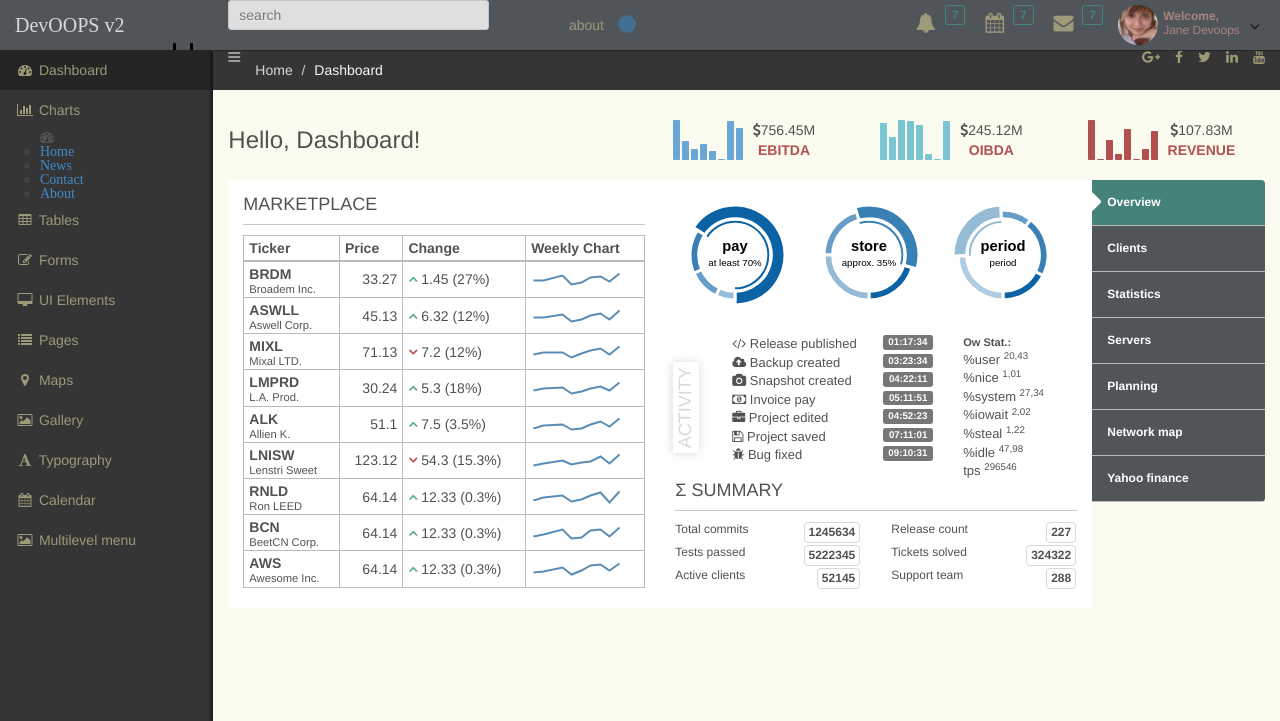
Repository: HackathonNicaragua/sixbyte
Page: http://localhost/RIMB/index.jsp
These files come from the project's save history. The page is drawn as it stood at one moment and after the next save; the edit follows.
The browser window is 1280 px wide. The pictures show the whole page.
Some web fonts or font styles are not loaded; a fallback is used. Some web libraries are served in a nearby version. The page is served by Tomcat 9. Other server files are loaded and not shown.

Above is the page before, as saved 2017-11-25 21:07:01.

### RIMB/WebContent/index.jsp
<%@ page language="java" contentType="text/html; charset=ISO-8859-1"
    pageEncoding="ISO-8859-1"%>
<!DOCTYPE html PUBLIC "-//W3C//DTD HTML 4.01 Transitional//EN" "http://www.w3.org/TR/html4/loose.dtd">
<html lang="es">
	<head>
		<meta charset="utf-8">
		<title>DevOOPS v2</title>
		<meta name="description" content="description">
		<meta name="author" content="DevOOPS">
		<meta name="viewport" content="width=device-width, initial-scale=1">
		<link href="plugins/bootstrap/bootstrap.css" rel="stylesheet">
		<link href="plugins/jquery-ui/jquery-ui.min.css" rel="stylesheet">
		<link href="http://maxcdn.bootstrapcdn.com/font-awesome/4.2.0/css/font-awesome.min.css" rel="stylesheet">
		<link href='http://fonts.googleapis.com/css?family=Righteous' rel='stylesheet' type='text/css'>
		<link href="plugins/fancybox/jquery.fancybox.css" rel="stylesheet">
		<link href="plugins/fullcalendar/fullcalendar.css" rel="stylesheet">
		<link href="plugins/xcharts/xcharts.min.css" rel="stylesheet">
		<link href="plugins/select2/select2.css" rel="stylesheet">
		<link href="plugins/justified-gallery/justifiedGallery.css" rel="stylesheet">
		<link href="css/style_v2.css" rel="stylesheet">
		<link href="plugins/chartist/chartist.min.css" rel="stylesheet">
		<!-- HTML5 shim and Respond.js IE8 support of HTML5 elements and media queries -->
		<!--[if lt IE 9]>
				<script src="http://getbootstrap.com/docs-assets/js/html5shiv.js"></script>
				<script src="http://getbootstrap.com/docs-assets/js/respond.min.js"></script>
		<![endif]-->
	</head>
<body>
<!--Start Header-->
<div id="screensaver">
	<canvas id="canvas"></canvas>
	<i class="fa fa-lock" id="screen_unlock"></i>
</div>
<div id="modalbox">
	<div class="devoops-modal">
		<div class="devoops-modal-header">
			<div class="modal-header-name">
				<span>Basic table</span>
			</div>
			<div class="box-icons">
				<a class="close-link">
					<i class="fa fa-times"></i>
				</a>
			</div>
		</div>
		<div class="devoops-modal-inner">
		</div>
		<div class="devoops-modal-bottom">
		</div>
	</div>
</div>
<header class="navbar">
	<div class="container-fluid expanded-panel">
		<div class="row">
			<div id="logo" class="col-xs-12 col-sm-2">
				<a href="index.html">DevOOPS v2</a>
			</div>
			<div id="top-panel" class="col-xs-12 col-sm-10">
				<div class="row">
					<div class="col-xs-8 col-sm-4">
						<div id="search">
							<input type="text" placeholder="search"/>
							<i class="fa fa-search"></i>
						</div>
					</div>
					<div class="col-xs-4 col-sm-8 top-panel-right">
						<a href="#" class="about">about</a>
						<a href="index_v1.html" class="style1"></a>
						<ul class="nav navbar-nav pull-right panel-menu">
							<li class="hidden-xs">
								<a href="index.html" class="modal-link">
									<i class="fa fa-bell"></i>
									<span class="badge">7</span>
								</a>
							</li>
							<li class="hidden-xs">
								<a class="ajax-link" href="ajax/calendar.html">
									<i class="fa fa-calendar"></i>
									<span class="badge">7</span>
								</a>
							</li>
							<li class="hidden-xs">
								<a href="ajax/page_messages.html" class="ajax-link">
									<i class="fa fa-envelope"></i>
									<span class="badge">7</span>
								</a>
							</li>
							<li class="dropdown">
								<a href="#" class="dropdown-toggle account" data-toggle="dropdown">
									<div class="avatar">
										<img src="img/avatar.jpg" class="img-circle" alt="avatar" />
									</div>
									<i class="fa fa-angle-down pull-right"></i>
									<div class="user-mini pull-right">
										<span class="welcome">Welcome,</span>
										<span>Jane Devoops</span>
									</div>
								</a>
								<ul class="dropdown-menu">
									<li>
										<a href="#">
											<i class="fa fa-user"></i>
											<span>Profile</span>
										</a>
									</li>
									<li>
										<a href="ajax/page_messages.html" class="ajax-link">
											<i class="fa fa-envelope"></i>
											<span>Messages</span>
										</a>
									</li>
									<li>
										<a href="ajax/gallery_simple.html" class="ajax-link">
											<i class="fa fa-picture-o"></i>
											<span>Albums</span>
										</a>
									</li>
									<li>
										<a href="ajax/calendar.html" class="ajax-link">
											<i class="fa fa-tasks"></i>
											<span>Tasks</span>
										</a>
									</li>
									<li>
										<a href="#">
											<i class="fa fa-cog"></i>
											<span>Settings</span>
										</a>
									</li>
									<li>
										<a href="#">
											<i class="fa fa-power-off"></i>
											<span>Logout</span>
										</a>
									</li>
								</ul>
							</li>
						</ul>
					</div>
				</div>
			</div>
		</div>
	</div>
</header>
<!--End Header-->
<!--Start Container-->
<div id="main" class="container-fluid">
	<div class="row">
		<div id="sidebar-left" class="col-xs-2 col-sm-2">
			<ul class="nav main-menu">
				<li>
					<a href="ajax/dashboard.html" class="ajax-link">
						<i class="fa fa-dashboard"></i>
						<span class="hidden-xs">Dashboard</span>
					</a>
				</li>
				<li class="dropdown">
					<a href="#" class="dropdown-toggle">
						<i class="fa fa-bar-chart-o"></i>
						<span class="hidden-xs">Charts</span>
					</a>
					<ul class="dropdown-menu">
						<li><a class="ajax-link" href="ajax/charts_xcharts.html">xCharts</a></li>
						<li><a class="ajax-link" href="ajax/charts_flot.html">Flot Charts</a></li>
						<li><a class="ajax-link" href="ajax/charts_google.html">Google Charts</a></li>
						<li><a class="ajax-link" href="ajax/charts_morris.html">Morris Charts</a></li>
						<li><a class="ajax-link" href="ajax/charts_amcharts.html">AmCharts</a></li>
						<li><a class="ajax-link" href="ajax/charts_chartist.html">Chartist</a></li>
						<li><a class="ajax-link" href="ajax/charts_coindesk.html">CoinDesk realtime</a></li>
					</ul>
				</li>
				<ul class="fa fa-dashboard">
  				<li><a href="ajax/tables_simple.html">Home</a></li>
 				<li><a href="ajax/tables_simple.html">News</a></li>
  				<li><a href="ajax/tables_simple.html">Contact</a></li>
 				<li><a  href="ajax/tables_simple.html">About</a></li>
				</ul>
				<li class="dropdown">
					<a href="#" class="dropdown-toggle">
						<i class="fa fa-table"></i>
						 <span class="hidden-xs">Tables</span>
					</a>
					<ul class="dropdown-menu">
						<li><a class="ajax-link" href="ajax/tables_simple.html">Simple Tables</a></li>
						<li><a class="ajax-link" href="ajax/tables_datatables.html">Data Tables</a></li>
						<li><a class="ajax-link" href="ajax/tables_beauty.html">Beauty Tables</a></li>
					</ul>
				</li>
				<li class="dropdown">
					<a href="#" class="dropdown-toggle">
						<i class="fa fa-pencil-square-o"></i>
						 <span class="hidden-xs">Forms</span>
					</a>
					<ul class="dropdown-menu">
						<li><a class="ajax-link" href="ajax/forms_elements.html">Elements</a></li>
						<li><a class="ajax-link" href="ajax/forms_layouts.html">Layouts</a></li>
						<li><a class="ajax-link" href="ajax/forms_file_uploader.html">File Uploader</a></li>
					</ul>
				</li>
				<li class="dropdown">
					<a href="#" class="dropdown-toggle">
						<i class="fa fa-desktop"></i>
						 <span class="hidden-xs">UI Elements</span>
					</a>
					<ul class="dropdown-menu">
						<li><a class="ajax-link" href="ajax/ui_grid.html">Grid</a></li>
						<li><a class="ajax-link" href="ajax/ui_buttons.html">Buttons</a></li>
						<li><a class="ajax-link" href="ajax/ui_progressbars.html">Progress Bars</a></li>
						<li><a class="ajax-link" href="ajax/ui_jquery-ui.html">Jquery UI</a></li>
						<li><a class="ajax-link" href="ajax/ui_icons.html">Icons</a></li>
					</ul>
				</li>
				<li class="dropdown">
					<a href="#" class="dropdown-toggle">
						<i class="fa fa-list"></i>
						 <span class="hidden-xs">Pages</span>
					</a>
					<ul class="dropdown-menu">
						<li><a href="ajax/page_login.html">Login</a></li>
						<li><a href="ajax/page_register.html">Register</a></li>
						<li><a id="locked-screen" class="submenu" href="ajax/page_locked.html">Locked Screen</a></li>
						<li><a class="ajax-link" href="ajax/page_contacts.html">Contacts</a></li>
						<li><a class="ajax-link" href="ajax/page_feed.html">Feed</a></li>
						<li><a class="ajax-link add-full" href="ajax/page_messages.html">Messages</a></li>
						<li><a class="ajax-link" href="ajax/page_pricing.html">Pricing</a></li>
						<li><a class="ajax-link" href="ajax/page_product.html">Product</a></li>
						<li><a class="ajax-link" href="ajax/page_invoice.html">Invoice</a></li>
						<li><a class="ajax-link" href="ajax/page_search.html">Search Results</a></li>
						<li><a class="ajax-link" href="ajax/page_404.html">Error 404</a></li>
						<li><a href="ajax/page_500.html">Error 500</a></li>
					</ul>
				</li>
				<li class="dropdown">
					<a href="#" class="dropdown-toggle">
						<i class="fa fa-map-marker"></i>
						<span class="hidden-xs">Maps</span>
					</a>
					<ul class="dropdown-menu">
						<li><a class="ajax-link" href="ajax/maps.html">OpenStreetMap</a></li>
						<li><a class="ajax-link" href="ajax/map_fullscreen.html">Fullscreen map</a></li>
						<li><a class="ajax-link" href="ajax/map_leaflet.html">Leaflet</a></li>
					</ul>
				</li>
				<li class="dropdown">
					<a href="#" class="dropdown-toggle">
						<i class="fa fa-picture-o"></i>
						 <span class="hidden-xs">Gallery</span>
					</a>
					<ul class="dropdown-menu">
						<li><a class="ajax-link" href="ajax/gallery_simple.html">Simple Gallery</a></li>
						<li><a class="ajax-link" href="ajax/gallery_flickr.html">Flickr Gallery</a></li>
					</ul>
				</li>
				<li>
					 <a class="ajax-link" href="ajax/typography.html">
						 <i class="fa fa-font"></i>
						 <span class="hidden-xs">Typography</span>
					</a>
				</li>
				 <li>
					<a class="ajax-link" href="ajax/calendar.html">
						 <i class="fa fa-calendar"></i>
						 <span class="hidden-xs">Calendar</span>
					</a>
				 </li>
				<li class="dropdown">
					<a href="#" class="dropdown-toggle">
						<i class="fa fa-picture-o"></i>
						 <span class="hidden-xs">Multilevel menu</span>
					</a>
					<ul class="dropdown-menu">
						<li><a href="#">First level menu</a></li>
						<li><a href="#">First level menu</a></li>
						<li class="dropdown">
							<a href="#" class="dropdown-toggle">
								<i class="fa fa-plus-square"></i>
								<span class="hidden-xs">Second level menu group</span>
							</a>
							<ul class="dropdown-menu">
								<li><a href="#">Second level menu</a></li>
								<li><a href="#">Second level menu</a></li>
								<li class="dropdown">
									<a href="#" class="dropdown-toggle">
										<i class="fa fa-plus-square"></i>
										<span class="hidden-xs">Three level menu group</span>
									</a>
									<ul class="dropdown-menu">
										<li><a href="#">Three level menu</a></li>
										<li><a href="#">Three level menu</a></li>
										<li class="dropdown">
											<a href="#" class="dropdown-toggle">
												<i class="fa fa-plus-square"></i>
												<span class="hidden-xs">Four level menu group</span>
											</a>
											<ul class="dropdown-menu">
												<li><a href="#">Four level menu</a></li>
												<li><a href="#">Four level menu</a></li>
												<li class="dropdown">
													<a href="#" class="dropdown-toggle">
														<i class="fa fa-plus-square"></i>
														<span class="hidden-xs">Five level menu group</span>
													</a>
													<ul class="dropdown-menu">
														<li><a href="#">Five level menu</a></li>
														<li><a href="#">Five level menu</a></li>
														<li class="dropdown">
															<a href="#" class="dropdown-toggle">
																<i class="fa fa-plus-square"></i>
																<span class="hidden-xs">Six level menu group</span>
															</a>
															<ul class="dropdown-menu">
																<li><a href="#">Six level menu</a></li>
																<li><a href="#">Six level menu</a></li>
															</ul>
														</li>
													</ul>
												</li>
											</ul>
										</li>
										<li><a href="#">Three level menu</a></li>
									</ul>
								</li>
							</ul>
						</li>
					</ul>
				</li>
			</ul>
		</div>
		<!--Start Content-->
		<div id="content" class="col-xs-12 col-sm-10">
			<div id="about">
				<div class="about-inner">
					<h4 class="page-header">Open-source admin theme for you</h4>
					<p>DevOOPS team</p>
					<p>Homepage - <a href="http://devoops.me" target="_blank">http://devoops.me</a></p>
					<p>Email - <a href="mailto:devoopsme@gmail.com">devoopsme@gmail.com</a></p>
					<p>Twitter - <a href="http://twitter.com/devoopsme" target="_blank">http://twitter.com/devoopsme</a></p>
					<p>Donate - BTC 123Ci1ZFK5V7gyLsyVU36yPNWSB5TDqKn3</p>
				</div>
			</div>
			<div class="preloader">
				<img src="img/devoops_getdata.gif" class="devoops-getdata" alt="preloader"/>
			</div>
			<div id="ajax-content"></div>
		</div>
		<!--End Content-->
	</div>
</div>
<!--End Container-->
<!-- jQuery (necessary for Bootstrap's JavaScript plugins) -->
<!--<script src="http://code.jquery.com/jquery.js"></script>-->
<script src="plugins/jquery/jquery.min.js"></script>
<script src="plugins/jquery-ui/jquery-ui.min.js"></script>
<!-- Include all compiled plugins (below), or include individual files as needed -->
<script src="plugins/bootstrap/bootstrap.min.js"></script>
<script src="plugins/justified-gallery/jquery.justifiedGallery.min.js"></script>
<script src="plugins/tinymce/tinymce.min.js"></script>
<script src="plugins/tinymce/jquery.tinymce.min.js"></script>
<!-- All functions for this theme + document.ready processing -->
<script src="js/devoops.js"></script>
</body>
</html>

Loaded but not shown: RIMB/WebContent/plugins/bootstrap/bootstrap.css (library); RIMB/WebContent/plugins/jquery-ui/jquery-ui.min.css (library); RIMB/WebContent/plugins/fancybox/jquery.fancybox.css (library); RIMB/WebContent/plugins/fullcalendar/fullcalendar.css (library); RIMB/WebContent/plugins/xcharts/xcharts.min.css (library); RIMB/WebContent/plugins/select2/select2.css (library); RIMB/WebContent/plugins/justified-gallery/justifiedGallery.css (library); RIMB/WebContent/plugins/chartist/chartist.min.css (library); RIMB/WebContent/plugins/jquery/jquery.min.js (library); RIMB/WebContent/plugins/jquery-ui/jquery-ui.min.js (library); RIMB/WebContent/plugins/bootstrap/bootstrap.min.js (library); RIMB/WebContent/plugins/justified-gallery/jquery.justifiedGallery.min.js (library); RIMB/WebContent/plugins/tinymce/tinymce.min.js (library); RIMB/WebContent/plugins/tinymce/jquery.tinymce.min.js (library); RIMB/WebContent/plugins/jQuery-Knob/jquery.knob.js (library); RIMB/WebContent/plugins/sparkline/jquery.sparkline.min.js (library); RIMB/WebContent/plugins/raphael/raphael-min.js (library); RIMB/WebContent/plugins/springy/springy.js (library); RIMB/WebContent/plugins/morris/morris.min.js (library); RIMB/WebContent/plugins/springy/springyui.js (library); RIMB/WebContent/js/devoops.js (3495 lines, source omitted); RIMB/WebContent/css/style_v2.css (2252 lines, source omitted); RIMB/WebContent/ajax/dashboard.html (531 lines, source omitted)

After the next save:
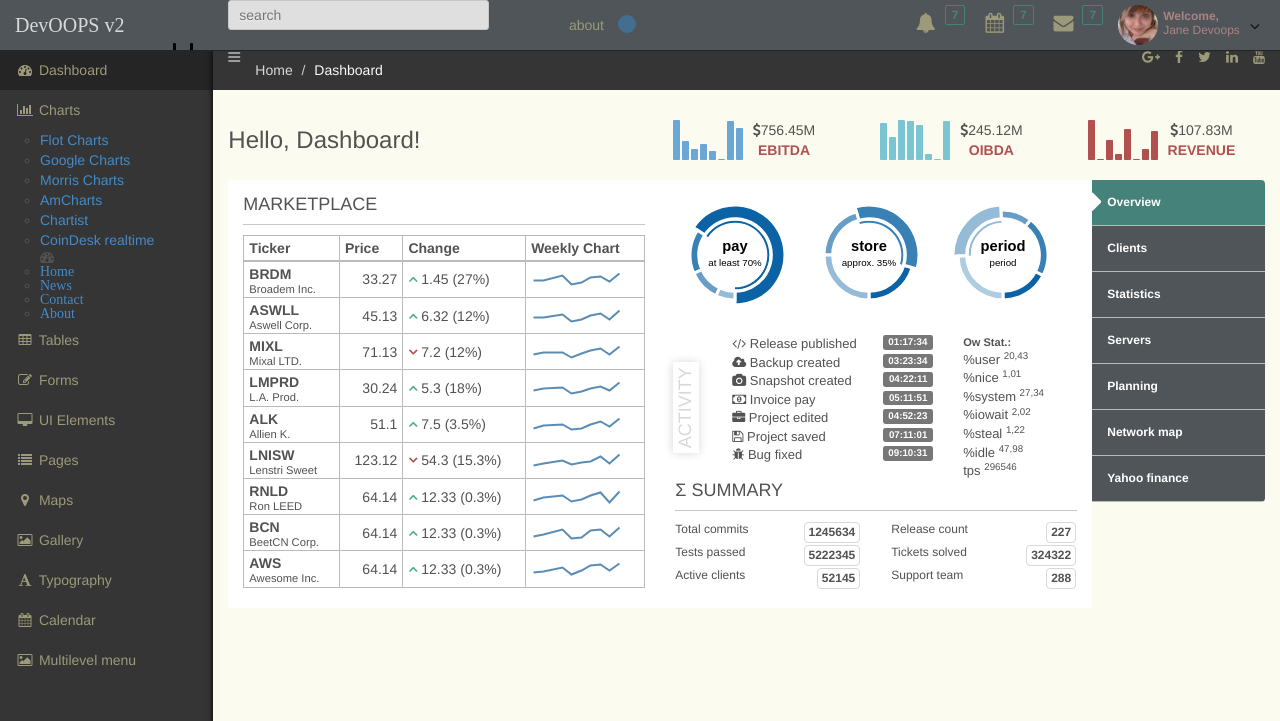
Saved 41 s later.
--- a/RIMB/WebContent/index.jsp
+++ b/RIMB/WebContent/index.jsp
@@ -159,8 +159,8 @@
 						<i class="fa fa-bar-chart-o"></i>
 						<span class="hidden-xs">Charts</span>
 					</a>
-					<ul class="dropdown-menu">
-						<li><a class="ajax-link" href="ajax/charts_xcharts.html">xCharts</a></li>
+					<ul>
+						<li class="dropdown-menu"><a class="ajax-link" href="ajax/charts_xcharts.html">xCharts</a></li>
 						<li><a class="ajax-link" href="ajax/charts_flot.html">Flot Charts</a></li>
 						<li><a class="ajax-link" href="ajax/charts_google.html">Google Charts</a></li>
 						<li><a class="ajax-link" href="ajax/charts_morris.html">Morris Charts</a></li>
